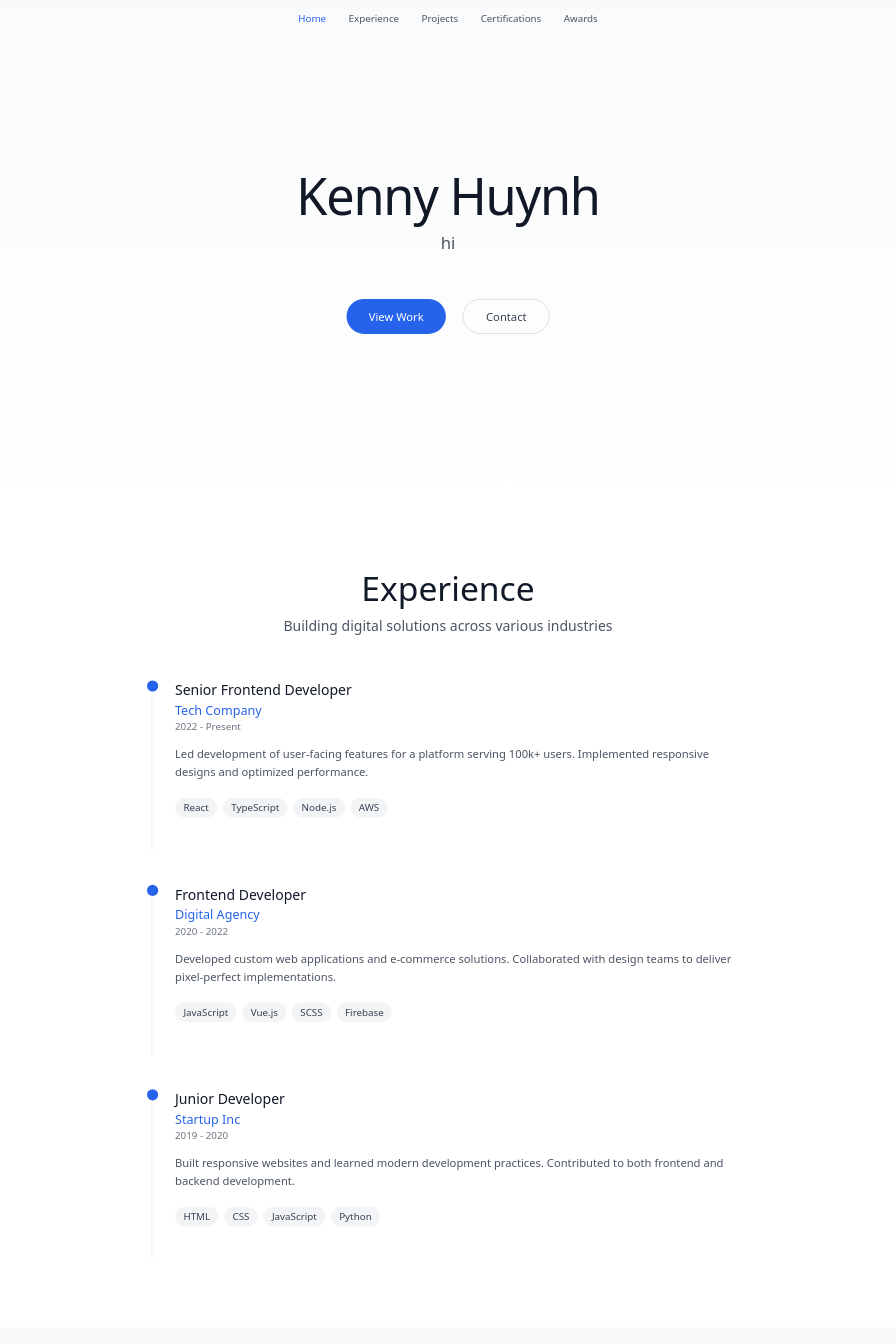
Repository: kennyhuynhhh/kenny_website
Page: /
The author's editor kept a copy of each file at every save. The page is drawn from the files as they stood at one save, then again after the next save.
The browser window is 1280 px wide. The pictures show the part of the page from y = 0 to 1920 px (the page is 4321 px tall), at 70% of full size.
The project was rebuilt for these pictures with package versions that can differ from the ones it lists, and the page was loaded fresh each time. Also part of the build but not shown: vite.config.ts.

Above is the page before, as saved 2025-07-20 17:01:09.

### index.html
<!doctype html>
<html lang="en">
  <head>
    <meta charset="UTF-8" />
    <!-- <link rel="icon" type="image/svg+xml" href="/vite.svg" /> -->
    <meta name="viewport" content="width=device-width, initial-scale=1.0" />
    <title>Minimalistic Apple-Inspired Portfolio</title>
  </head>
  <body>
    <div id="root"></div>
    <script type="module" src="/src/main.tsx"></script>
  </body>
</html>

### src/App.tsx
import React from 'react';
import Navigation from './components/Navigation';
import Hero from './components/Hero';
import Experience from './components/Experience';
import Projects from './components/Projects';
import Certifications from './components/Certifications';
import Awards from './components/Awards';

function App() {
  return (
    <div className="min-h-screen bg-white">
      <Navigation />
      <Hero />
      <Experience />
      <Projects />
      <Certifications />
      <Awards />
    </div>
  );
}

export default App;

### src/components/Navigation.tsx
import React, { useState, useEffect } from 'react';

const Navigation = () => {
  const [activeSection, setActiveSection] = useState('home');
  const [isScrolled, setIsScrolled] = useState(false);

  const sections = [
    { id: 'home', label: 'Home' },
    { id: 'experience', label: 'Experience' },
    { id: 'projects', label: 'Projects' },
    { id: 'certifications', label: 'Certifications' },
    { id: 'awards', label: 'Awards' },
  ];

  useEffect(() => {
    const handleScroll = () => {
      setIsScrolled(window.scrollY > 50);

      // Update active section based on scroll position
      const sectionElements = sections.map(section =>
        document.getElementById(section.id)
      );

      const currentSection = sectionElements.find(element => {
        if (element) {
          const rect = element.getBoundingClientRect();
          return rect.top <= 100 && rect.bottom >= 100;
        }
        return false;
      });

      if (currentSection) {
        setActiveSection(currentSection.id);
      }
    };

    window.addEventListener('scroll', handleScroll);
    return () => window.removeEventListener('scroll', handleScroll);
  }, []);

  const scrollToSection = (sectionId: string) => {
    const element = document.getElementById(sectionId);
    if (element) {
      element.scrollIntoView({ behavior: 'smooth' });
    }
  };

  return (
    <nav className={`fixed top-0 left-0 right-0 z-50 transition-all duration-300 ${
      isScrolled ? 'bg-white/80 backdrop-blur-md shadow-sm' : 'bg-transparent'
    }`}>
      <div className="max-w-6xl mx-auto px-6 py-4">
        <div className="flex justify-center">
          <div className="flex space-x-8">
            {sections.map((section) => (
              <button
                key={section.id}
                onClick={() => scrollToSection(section.id)}
                className={`text-sm font-medium transition-all duration-200 hover:text-blue-600 ${
                  activeSection === section.id
                    ? 'text-blue-600'
                    : 'text-gray-600'
                }`}
              >
                {section.label}
              </button>
            ))}
          </div>
        </div>
      </div>
    </nav>
  );
};

export default Navigation;

### src/components/Hero.tsx
import React from 'react';

const Hero = () => {
  return (
    <section id="home" className="min-h-screen flex items-center justify-center bg-gradient-to-b from-gray-50 to-white">
      <div className="max-w-4xl mx-auto px-6 text-center">
        <div className="space-y-8">
          <div className="space-y-4">
            <h1 className="text-5xl md:text-7xl font-light text-gray-900 tracking-tight">
              Kenny Huynh
            </h1>
            <p className="text-xl md:text-2xl text-gray-600 font-light max-w-2xl mx-auto">
              hi
            </p>
          </div>

          <div className="flex justify-center space-x-6 pt-8">
            <button className="bg-blue-600 text-white px-8 py-3 rounded-full hover:bg-blue-700 transition-colors duration-200 font-medium">
              View Work
            </button>
            <button className="border border-gray-300 text-gray-700 px-8 py-3 rounded-full hover:border-gray-400 transition-colors duration-200 font-medium">
              Contact
            </button>
          </div>
        </div>
      </div>
    </section>
  );
};

export default Hero;

### src/components/Experience.tsx
import React from 'react';

const Experience = () => {
  const experiences = [
    {
      role: "Senior Frontend Developer",
      company: "Tech Company",
      period: "2022 - Present",
      description: "Led development of user-facing features for a platform serving 100k+ users. Implemented responsive designs and optimized performance.",
      technologies: ["React", "TypeScript", "Node.js", "AWS"]
    },
    {
      role: "Frontend Developer",
      company: "Digital Agency",
      period: "2020 - 2022",
      description: "Developed custom web applications and e-commerce solutions. Collaborated with design teams to deliver pixel-perfect implementations.",
      technologies: ["JavaScript", "Vue.js", "SCSS", "Firebase"]
    },
    {
      role: "Junior Developer",
      company: "Startup Inc",
      period: "2019 - 2020",
      description: "Built responsive websites and learned modern development practices. Contributed to both frontend and backend development.",
      technologies: ["HTML", "CSS", "JavaScript", "Python"]
    }
  ];

  return (
    <section id="experience" className="py-24 bg-white">
      <div className="max-w-4xl mx-auto px-6">
        <div className="text-center mb-16">
          <h2 className="text-4xl md:text-5xl font-light text-gray-900 mb-4">
            Experience
          </h2>
          <p className="text-xl text-gray-600 font-light">
            Building digital solutions across various industries
          </p>
        </div>

        <div className="space-y-12">
          {experiences.map((exp, index) => (
            <div key={index} className="group">
              <div className="border-l-2 border-gray-100 pl-8 pb-12 relative">
                <div className="absolute -left-2 top-0 w-4 h-4 bg-blue-600 rounded-full"></div>

                <div className="space-y-4">
                  <div>
                    <h3 className="text-xl font-medium text-gray-900">{exp.role}</h3>
                    <p className="text-lg text-blue-600 font-medium">{exp.company}</p>
                    <p className="text-sm text-gray-500">{exp.period}</p>
                  </div>

                  <p className="text-gray-600 leading-relaxed">
                    {exp.description}
                  </p>

                  <div className="flex flex-wrap gap-2 pt-2">
                    {exp.technologies.map((tech, techIndex) => (
                      <span
                        key={techIndex}
                        className="px-3 py-1 bg-gray-100 text-gray-700 text-sm rounded-full"
                      >
                        {tech}
                      </span>
                    ))}
                  </div>
                </div>
              </div>
            </div>
          ))}
        </div>
      </div>
    </section>
  );
};

export default Experience;

### src/components/Projects.tsx
import React from 'react';
import { ExternalLink, Github } from 'lucide-react';

const Projects = () => {
  const projects = [
    {
      title: "E-Commerce Platform",
      description: "A modern e-commerce solution with real-time inventory management and seamless checkout experience.",
      image: "https://images.pexels.com/photos/230544/pexels-photo-230544.jpeg?auto=compress&cs=tinysrgb&w=800",
      technologies: ["React", "Node.js", "MongoDB", "Stripe"],
      liveUrl: "#",
      githubUrl: "#"
    },
    {
      title: "Dashboard Analytics",
      description: "Interactive dashboard for data visualization with real-time charts and comprehensive reporting features.",
      image: "https://images.pexels.com/photos/590022/pexels-photo-590022.jpeg?auto=compress&cs=tinysrgb&w=800",
      technologies: ["Vue.js", "D3.js", "Express", "PostgreSQL"],
      liveUrl: "#",
      githubUrl: "#"
    },
    {
      title: "Mobile Banking App",
      description: "Secure mobile banking application with biometric authentication and intuitive user interface.",
      image: "https://images.pexels.com/photos/4386321/pexels-photo-4386321.jpeg?auto=compress&cs=tinysrgb&w=800",
      technologies: ["React Native", "Firebase", "Redux", "Expo"],
      liveUrl: "#",
      githubUrl: "#"
    }
  ];

  return (
    <section id="projects" className="py-24 bg-gray-50">
      <div className="max-w-6xl mx-auto px-6">
        <div className="text-center mb-16">
          <h2 className="text-4xl md:text-5xl font-light text-gray-900 mb-4">
            Projects
          </h2>
          <p className="text-xl text-gray-600 font-light">
            Selected works that showcase my development expertise
          </p>
        </div>

        <div className="grid grid-cols-1 md:grid-cols-2 lg:grid-cols-3 gap-8">
          {projects.map((project, index) => (
            <div key={index} className="group bg-white rounded-2xl overflow-hidden shadow-sm hover:shadow-xl transition-all duration-300">
              <div className="aspect-video overflow-hidden">
                <img
                  src={project.image}
                  alt={project.title}
                  className="w-full h-full object-cover group-hover:scale-105 transition-transform duration-300"
                />
              </div>

              <div className="p-6 space-y-4">
                <h3 className="text-xl font-semibold text-gray-900">
                  {project.title}
                </h3>

                <p className="text-gray-600 leading-relaxed">
                  {project.description}
                </p>

                <div className="flex flex-wrap gap-2">
                  {project.technologies.map((tech, techIndex) => (
                    <span
                      key={techIndex}
                      className="px-2 py-1 bg-gray-100 text-gray-700 text-xs rounded-md"
                    >
                      {tech}
                    </span>
                  ))}
                </div>

                <div className="flex space-x-4 pt-2">
                  <a
                    href={project.liveUrl}
                    className="flex items-center space-x-1 text-blue-600 hover:text-blue-700 transition-colors"
                  >
                    <ExternalLink size={16} />
                    <span className="text-sm font-medium">Live Demo</span>
                  </a>
                  <a
                    href={project.githubUrl}
                    className="flex items-center space-x-1 text-gray-600 hover:text-gray-700 transition-colors"
                  >
                    <Github size={16} />
                    <span className="text-sm font-medium">Code</span>
                  </a>
                </div>
              </div>
            </div>
          ))}
        </div>
      </div>
    </section>
  );
};

export default Projects;

### src/components/Certifications.tsx
import React from 'react';
import { Award } from 'lucide-react';

const Certifications = () => {
  const certifications = [
    {
      title: "AWS Certified Solutions Architect",
      issuer: "Amazon Web Services",
      date: "2023",
      credentialId: "AWS-ASA-2023-001"
    },
    {
      title: "Google Cloud Professional Developer",
      issuer: "Google Cloud",
      date: "2022",
      credentialId: "GCP-PD-2022-045"
    },
    {
      title: "Meta Frontend Developer Certificate",
      issuer: "Meta",
      date: "2022",
      credentialId: "META-FE-2022-789"
    },
    {
      title: "Certified Kubernetes Administrator",
      issuer: "Cloud Native Computing Foundation",
      date: "2021",
      credentialId: "CNCF-CKA-2021-567"
    }
  ];

  return (
    <section id="certifications" className="py-24 bg-white">
      <div className="max-w-4xl mx-auto px-6">
        <div className="text-center mb-16">
          <h2 className="text-4xl md:text-5xl font-light text-gray-900 mb-4">
            Certifications
          </h2>
          <p className="text-xl text-gray-600 font-light">
            Professional credentials that validate my expertise
          </p>
        </div>

        <div className="grid grid-cols-1 md:grid-cols-2 gap-6">
          {certifications.map((cert, index) => (
            <div key={index} className="group p-6 border border-gray-200 rounded-xl hover:border-blue-200 hover:shadow-md transition-all duration-200">
              <div className="flex items-start space-x-4">
                <div className="p-2 bg-blue-100 rounded-lg group-hover:bg-blue-200 transition-colors duration-200">
                  <Award size={20} className="text-blue-600" />
                </div>

                <div className="flex-1 space-y-2">
                  <h3 className="font-semibold text-gray-900">
                    {cert.title}
                  </h3>
                  <p className="text-blue-600 font-medium">
                    {cert.issuer}
                  </p>
                  <div className="flex justify-between items-center text-sm text-gray-500">
                    <span>{cert.date}</span>
                    <span className="font-mono">{cert.credentialId}</span>
                  </div>
                </div>
              </div>
            </div>
          ))}
        </div>
      </div>
    </section>
  );
};

export default Certifications;

### src/components/Awards.tsx
import React from 'react';
import { Trophy, Star } from 'lucide-react';

const Awards = () => {
  const awards = [
    {
      title: "Best Innovation Award",
      organization: "Tech Conference 2023",
      description: "Recognized for developing an innovative solution that improved user engagement by 150%",
      year: "2023",
      type: "innovation"
    },
    {
      title: "Employee of the Year",
      organization: "Current Company",
      description: "Outstanding performance and leadership in delivering high-quality projects",
      year: "2022",
      type: "performance"
    },
    {
      title: "Hackathon Winner",
      organization: "Global Developer Challenge",
      description: "First place winner for building a sustainable tech solution in 48 hours",
      year: "2022",
      type: "competition"
    },
    {
      title: "Community Contributor",
      organization: "Open Source Foundation",
      description: "Recognized for significant contributions to open source projects",
      year: "2021",
      type: "community"
    }
  ];

  const getIcon = (type: string) => {
    switch (type) {
      case 'innovation':
        return <Star size={20} className="text-yellow-600" />;
      case 'competition':
        return <Trophy size={20} className="text-blue-600" />;
      default:
        return <Trophy size={20} className="text-green-600" />;
    }
  };

  const getIconBg = (type: string) => {
    switch (type) {
      case 'innovation':
        return 'bg-yellow-100 group-hover:bg-yellow-200';
      case 'competition':
        return 'bg-blue-100 group-hover:bg-blue-200';
      default:
        return 'bg-green-100 group-hover:bg-green-200';
    }
  };

  return (
    <section id="awards" className="py-24 bg-gray-50">
      <div className="max-w-4xl mx-auto px-6">
        <div className="text-center mb-16">
          <h2 className="text-4xl md:text-5xl font-light text-gray-900 mb-4">
            Awards
          </h2>
          <p className="text-xl text-gray-600 font-light">
            Recognition for excellence and innovation in technology
          </p>
        </div>

        <div className="space-y-6">
          {awards.map((award, index) => (
            <div key={index} className="group bg-white p-6 rounded-xl shadow-sm hover:shadow-md transition-all duration-200">
              <div className="flex items-start space-x-4">
                <div className={`p-3 rounded-lg transition-colors duration-200 ${getIconBg(award.type)}`}>
                  {getIcon(award.type)}
                </div>

                <div className="flex-1 space-y-2">
                  <div className="flex justify-between items-start">
                    <h3 className="text-xl font-semibold text-gray-900">
                      {award.title}
                    </h3>
                    <span className="text-sm font-medium text-gray-500 bg-gray-100 px-3 py-1 rounded-full">
                      {award.year}
                    </span>
                  </div>

                  <p className="text-blue-600 font-medium">
                    {award.organization}
                  </p>

                  <p className="text-gray-600 leading-relaxed">
                    {award.description}
                  </p>
                </div>
              </div>
            </div>
          ))}
        </div>
      </div>
    </section>
  );
};

export default Awards;

Loaded but not shown: src/main.tsx (common file); src/index.css (common file); tailwind.config.js (common file)

After the next save:
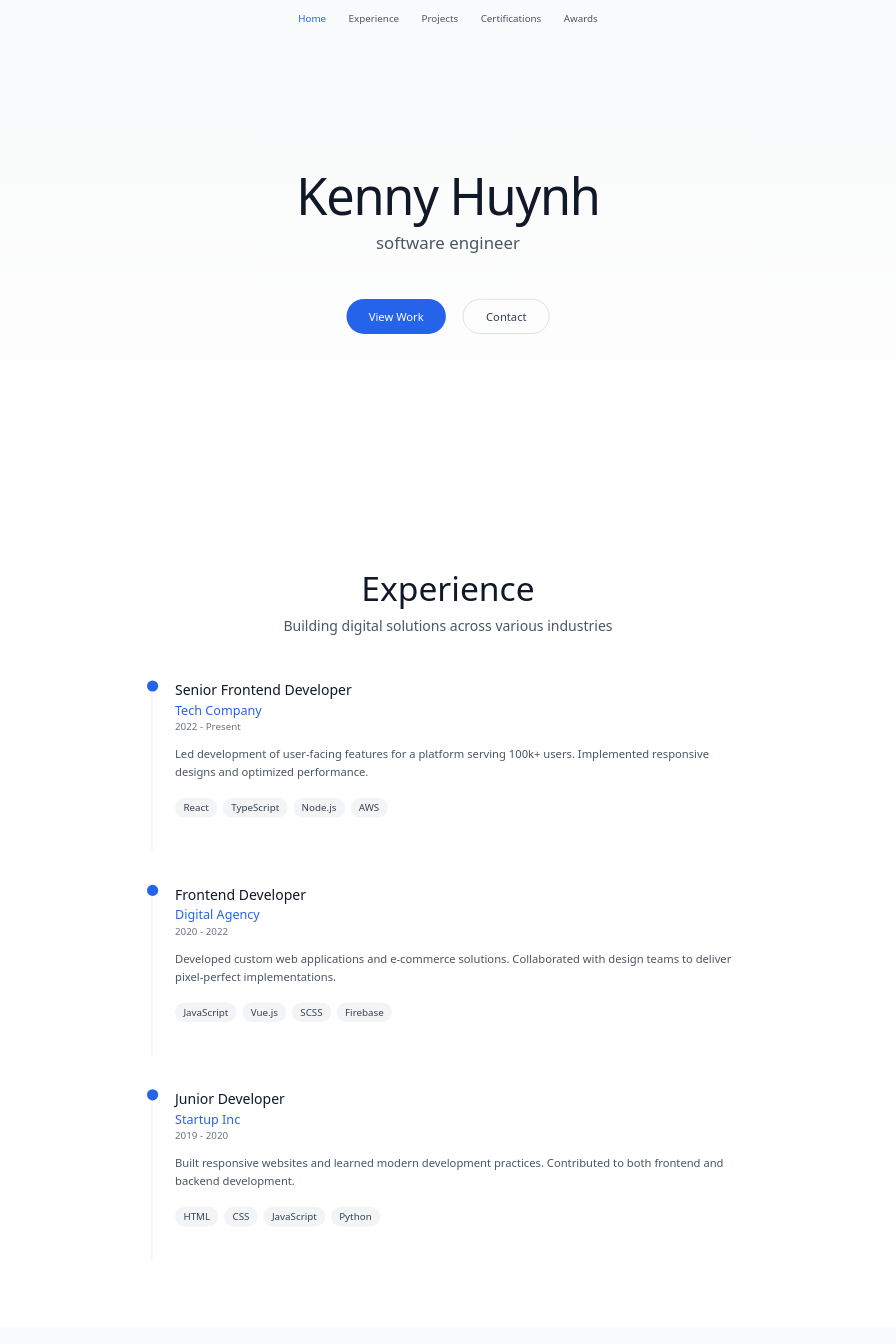
Saved 6 s later.
--- a/src/components/Hero.tsx
+++ b/src/components/Hero.tsx
@@ -10,7 +10,7 @@ const Hero = () => {
               Kenny Huynh
             </h1>
             <p className="text-xl md:text-2xl text-gray-600 font-light max-w-2xl mx-auto">
-              hi
+              software engineer
             </p>
           </div>
 
